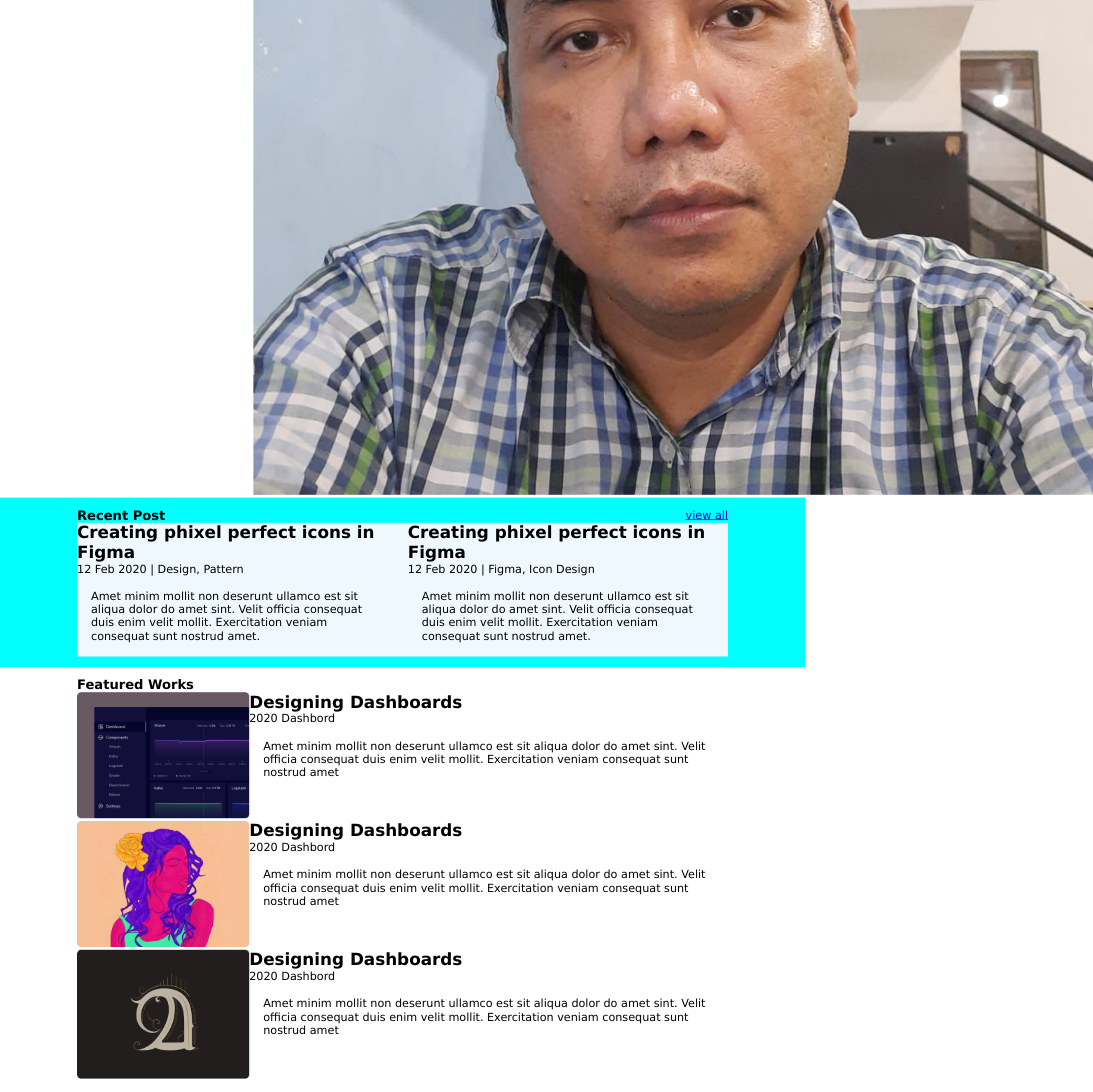
Repository: jafetdn73/portofolio
Page: index.html
An editor plug-in stored every save of this project. The page is shown before and after the next save, followed by the edit.
The browser window is 1280 px wide. The page is 1562 px wide, so the pictures cover 1562 px, including what lies to the right of the window. The pictures show the part of the page from y = 687 to 2247 px (the page is 2247 px tall), at 70% of full size.

Above is the page before, as saved 2022-02-23 09:08:38.

### index.html
<!DOCTYPE html>
<html lang="en">
<head>
    <meta charset="UTF-8">
    <meta http-equiv="X-UA-Compatible" content="IE=edge">
    <meta name="viewport" content="width=device-width, initial-scale=1.0">
    <link rel="stylesheet" href="figma.css">
    <title>Belajar HTML CSS</title>
</head>
<body>
    <div class="container">
        <!-- Start Menu Bar -->
        <div class="menu-bar">
            <ul>
                <li>
                    Work
                </li>
                <li>
                    Blog
                </li>
                <li>
                    Contact
                </li>
            </ul>
        </div>
        <!-- Starr Hero -->
        <div class="hero">
            <div class="hero-text">
                <h1>Hi, I am Jafet,<br/>
                    Fullstack Engineer
                </h1>
                <p>
                    Amet minim mollit non deserunt ullamco est sit aliqua dolor do amet sint. Velit officia consequat duis enim velit mollit. Exercitation veniam consequat sunt nostrud amet.
                </p>
                <button>Download Resume</button>
            </div>
            <div class="hero-image">
                <img src="jafet.png"/>
            </div>
        </div>
        <!-- Start Post -->
        <div class="post">
            <div class="post-navi">
                <h3>Recent Post</h3>
                <a href="http://detik.com">view all</a>
            </div>
            <div class="post-content">
                <div class="post-content-detail">
                    <h2>Creating phixel perfect icons in Figma</h2>
                    <label>12 Feb 2020</label>
                    <label>|</label>
                    <label>Design, Pattern</label>
                    <p>
                        Amet minim mollit non deserunt ullamco est sit aliqua dolor do amet sint. Velit officia consequat duis enim velit mollit. Exercitation veniam consequat sunt nostrud amet.
                    </p>
                </div>
                <div class="post-content-detail">
                    <h2>Creating phixel perfect icons in Figma</h2>
                    <label>12 Feb 2020</label>
                    <label>|</label>
                    <label>Figma, Icon Design</label>
                    <p>
                        Amet minim mollit non deserunt ullamco est sit aliqua dolor do amet sint. Velit officia consequat duis enim velit mollit. Exercitation veniam consequat sunt nostrud amet.
                    </p>
                </div>
            </div>
        </div>
        <!-- Start Featured -->
        <div class="featured">
            <h3>Featured Works</h3>
            <div class="featured-detail">
                <div class="featured-image">
                    <img src="Rectangle 30.png"/>
                </div>
                <div class="featured-text">
                    <h2>Designing Dashboards</h2>
                    <label>2020</label>
                    <label>Dashbord</label>
                    <p>
                        Amet minim mollit non deserunt ullamco est sit aliqua dolor do amet sint. Velit officia consequat duis enim velit mollit. Exercitation veniam consequat sunt nostrud amet
                    </p>
                </div>
            </div>
            <div class="featured-detail">
                <div class="featured-image">
                    <img src="Rectangle 32.png"/>
                </div>
                <div class="featured-text">
                    <h2>Designing Dashboards</h2>
                    <label>2020</label>
                    <label>Dashbord</label>
                    <p>
                        Amet minim mollit non deserunt ullamco est sit aliqua dolor do amet sint. Velit officia consequat duis enim velit mollit. Exercitation veniam consequat sunt nostrud amet
                    </p>
                </div>
            </div>
            <div class="featured-detail">
                <div class="featured-image">
                    <img src="Rectangle 34.png"/>
                </div>
                <div class="featured-text">
                    <h2>Designing Dashboards</h2>
                    <label>2020</label>
                    <label>Dashbord</label>
                    <p>
                        Amet minim mollit non deserunt ullamco est sit aliqua dolor do amet sint. Velit officia consequat duis enim velit mollit. Exercitation veniam consequat sunt nostrud amet
                    </p>
                </div>
            </div>
        </div>
    </div>
</body>
</html>

### figma.css
* {
    margin: 0;
    font-family:Verdana, Geneva, Tahoma, sans-serif;
}
.container {
    width: 1150px;
}

.menu-bar {
    display: flex;
    justify-content: flex-end;
    margin-top: 20px;
}

.menu-bar ul li {
    display: inline;
    margin-right: 30px;
    font-size: 20px;
}

/* Start Hero */
.hero {
    display: flex;
    justify-content: space-around;
    margin-top: 150px;
    padding: 0 100px;
}

.hero-text {
    width: 450px;
}

.hero-text h1 {
    font-size: 44px;
    font-weight: 400px;
}

.hero-text p {
    font-size: 16px;
}

.hero-text h1, p, button
{
    margin: 20px;
}

.hero-text button {
    background-color: #FF6464;
    border-style: none;
    padding: 15px;
    font-size: 20px;
    color: white;
}

/* Start Post */
.post {
    background-color:aqua;
    padding:15px 110px;
}

.post-navi {
    display :flex;
    justify-content:space-between ;
}

.post-content {
    background-color: aliceblue;
    display: flex;
    gap:15px;
}

/* Start Featured */
.featured {
    padding :15px 110px;
    gap:15px;
}

.featured-detail {
    display:flex;
}

After the next save:
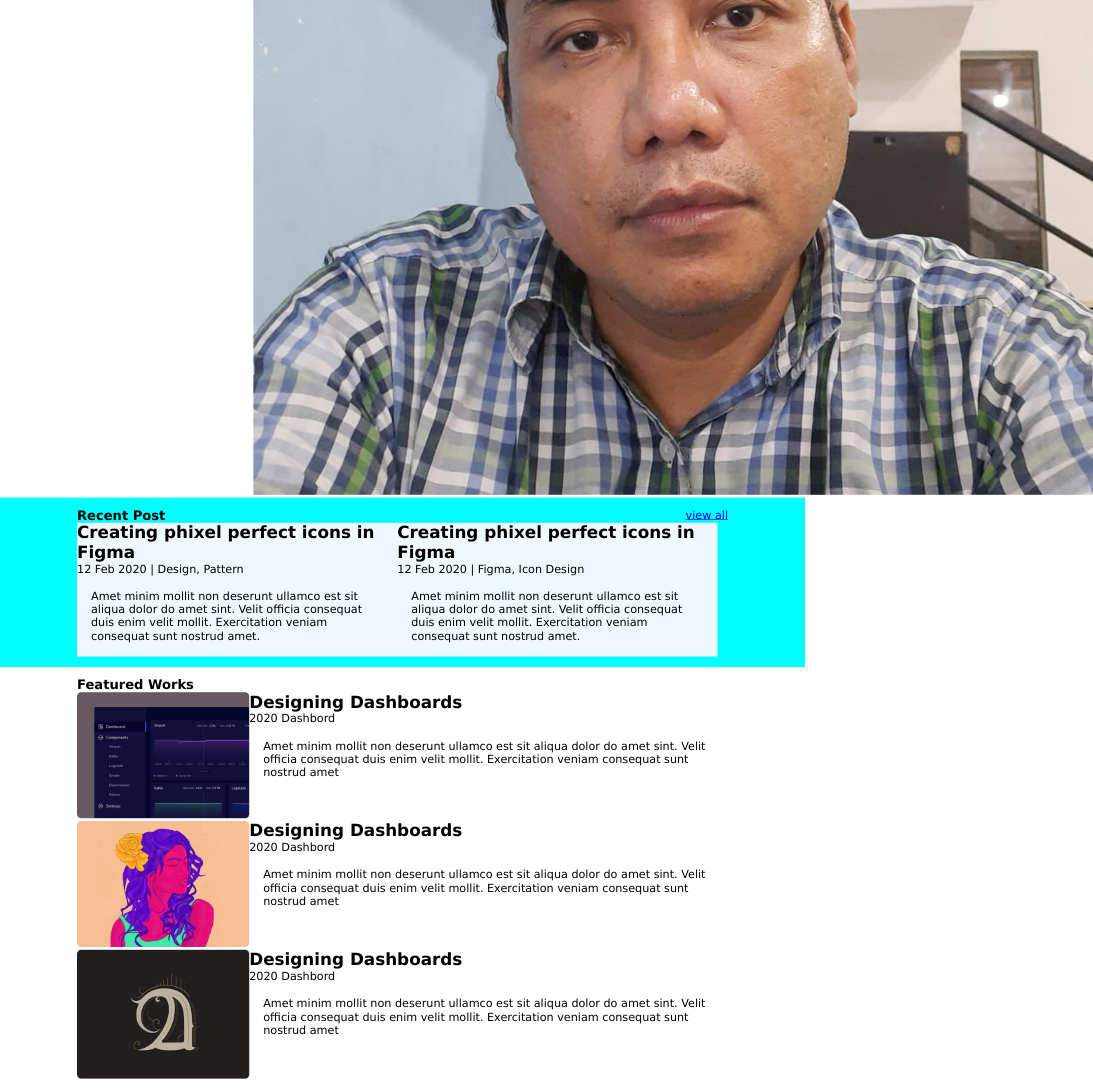
Saved 107 s later.
--- a/figma.css
+++ b/figma.css
@@ -66,7 +66,7 @@
 .post-content {
     background-color: aliceblue;
     display: flex;
-    gap:15px;
+    margin-right:15px;
 }
 
 /* Start Featured */
